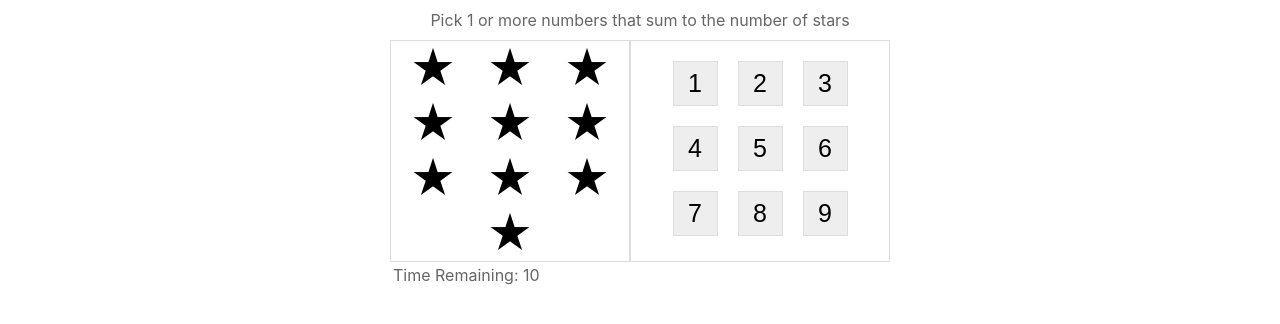
Repository: alicescfernandes/star-match-react-ts
Page: /
These files come from the project's save history. The page is drawn as it stood at one moment and after the next save; the edit follows.
The browser window is 1280 px wide. The pictures show the whole page.
The project was rebuilt for these pictures with package versions that can differ from the ones it lists, and the page was loaded fresh each time.

Above is the page before, as saved 2020-12-21 23:50:48.

After the next save:
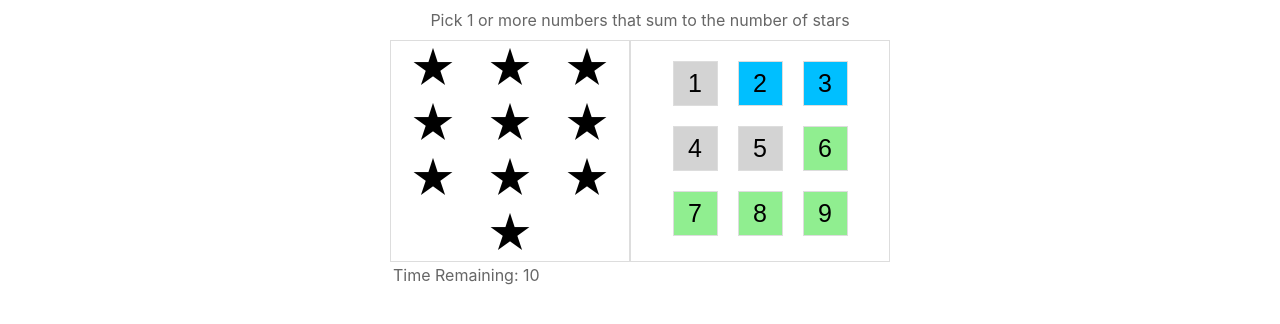
Saved 43 s later.
--- a/src/components/PlayNumber.tsx
+++ b/src/components/PlayNumber.tsx
@@ -1,20 +1,27 @@
+import { colors } from "../modules/constants";
+
 type PlayNumberProps = {
-    number:number,
-    status:string
+  number: number;
+  status: string;
+};
+
+function PlayNumber(props: PlayNumberProps) {
+  let { number, status } = props;
+
+  function onClick(ev: React.MouseEvent) {
+    console.log(ev);
+  }
+
+  return (
+    <button
+      style={{ backgroundColor:colors[status]}}
+      key={number}
+      onClick={onClick}
+      className="number"
+    >
+      {number}
+    </button>
+  );
 }
 
-function PlayNumber(props:PlayNumberProps){
-    let {number,status} = props;
-
-    function onClick(ev:React.MouseEvent){
-        console.log(ev)
-    }
-
-    return (
-    <button key={number} onClick={onClick} className="number">
-        {number}
-    </button>)
-}
-
-
-export {PlayNumber}
+export { PlayNumber };
